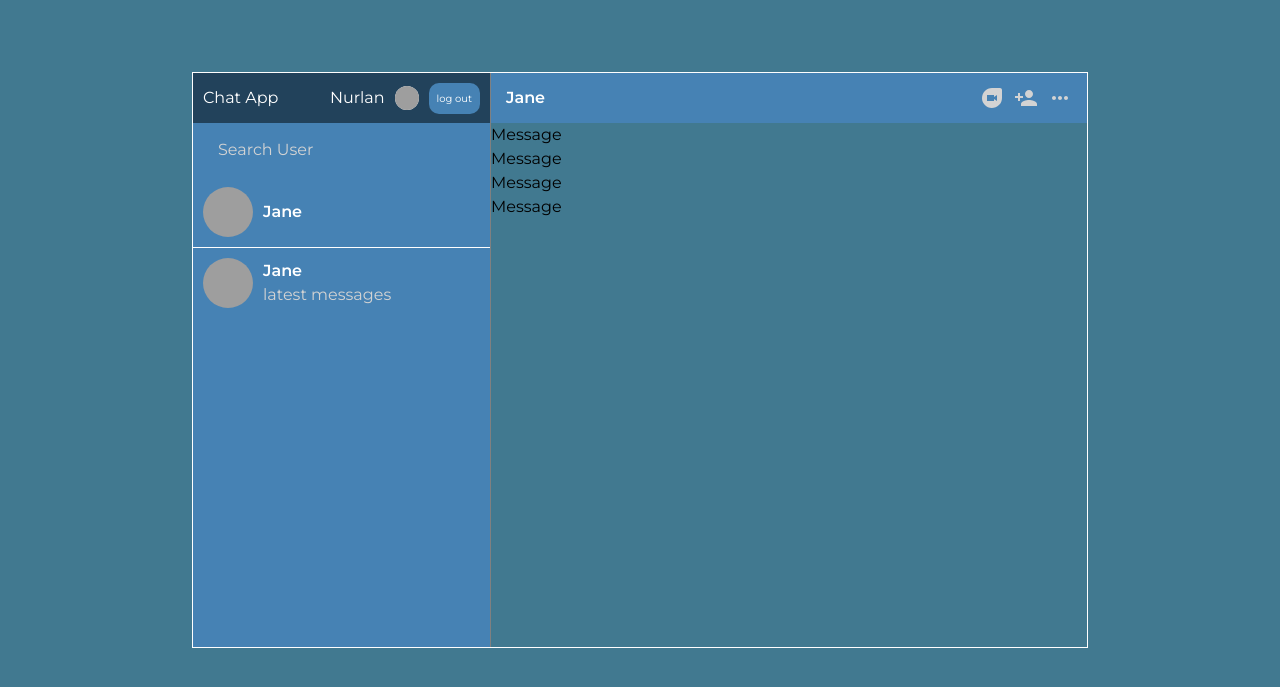
Repository: Nurlan-Bakenbaev/chat-app
Page: /
The author's editor kept a copy of each file at every save. The page is drawn from the files as they stood at one save, then again after a run of saves.
The browser window is 1280 px wide. The pictures show the whole page.
Pictures or frames that could not be fetched are drawn as grey boxes. The project was rebuilt for these pictures with package versions that can differ from the ones it lists, and the page was loaded fresh each time. Also part of the build but not shown: vite.config.js. Imported but missing from the stored project, and not drawn on this page: src/pages/Login.

Above is the page before, as saved 2023-08-19 18:12:51.

After the next 2 saves:
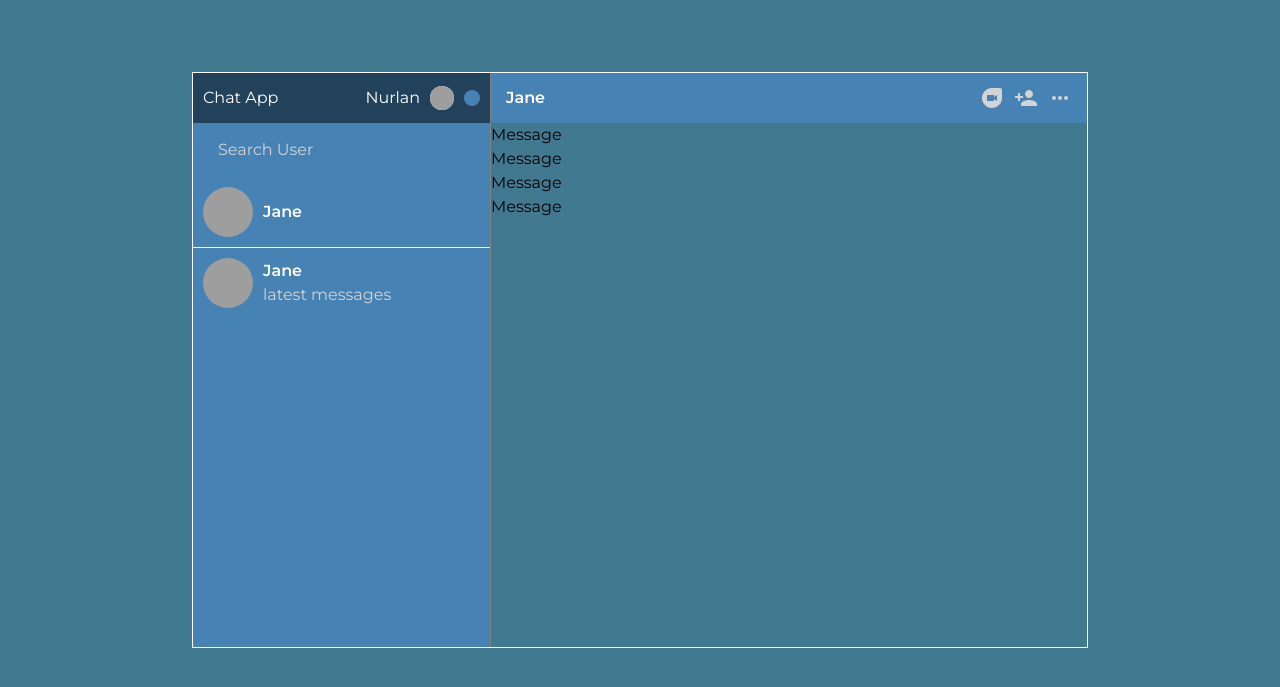
The 2 saves are shown as one change because they came seconds apart.
The last was saved 47 s later.
--- a/src/components/Navbar.jsx
+++ b/src/components/Navbar.jsx
@@ -1,5 +1,5 @@
 import React from "react";
-
+import LogoutIcon from '@mui/icons-material/Logout';
 const Navbar = () => {
   return (
     <div className="navbar">
@@ -7,7 +7,7 @@ const Navbar = () => {
       <div className="user">
         <span>Nurlan</span>
          <img src="https://images.pexels.com/photos/5197322/pexels-photo-5197322.jpeg?auto=compress&cs=tinysrgb&w=1260&h=750&dpr=2" alt="accaunt-photo" />
-        <button>log out</button>
+        <button></button>
       </div>
     </div>
   );
